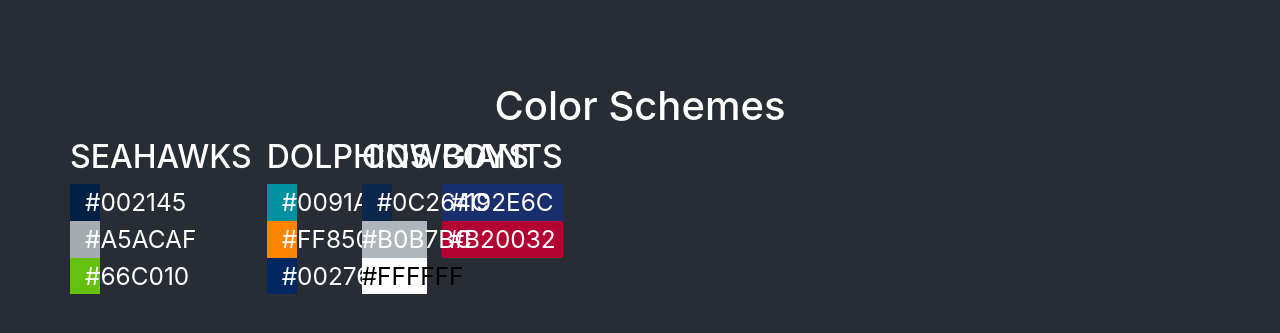
Repository: MikeTroianello/troianello.co
Page: /projects
These files come from the project's save history. The page is drawn as it stood at one moment and after the next save; the edit follows.
The browser window is 1280 px wide. The pictures show the whole page.
The project was rebuilt for these pictures with package versions that can differ from the ones it lists, and the page was loaded fresh each time.

Above is the page before, as saved 2019-06-24 17:53:43.

### src/App.js
import React from 'react';

import './App.css';

function App() {
  return (
    <div className='App'>
      <header className='App-header'>
        <h1>Color Schemes</h1>
        <div className='container'>
          <div className='row'>
            <div className='teams seahawks'>
              <h2>SEAHAWKS</h2>
              <div className='col-1 s-blue'>#002145</div>
              <div className='col-1 s-gray'>#A5ACAF</div>
              <div className='col-1 s-green'>#66C010</div>
            </div>
            <div className='col-1 teams dolphins'>
              <h2>DOLPHINS</h2>
              <div className='col-1 d-aqua'>#0091A0</div>
              <div className='col-1 d-orange'>#FF8500</div>
              <div className='col-1 d-dark-blue'>#002760</div>
            </div>
            <div className='col-1 teams cowboys'>
              <h2>COWBOYS</h2>
              <div className='col-1 c-blue'>#0C264C</div>
              <div className='c-gray'>#B0B7BC</div>
              <div className='c-white'>#FFFFFF</div>
            </div>
            <div className='teams giants'>
              <h2>GIANTS</h2>
              <div className='g-blue'>#192E6C</div>
              <div className='g-red'>#B20032</div>
            </div>
          </div>
        </div>
      </header>
    </div>
  );
}

export default App;

### src/App.css
.App {
  text-align: center;
}

.App-logo {
  animation: App-logo-spin infinite 20s linear;
  height: 40vmin;
  pointer-events: none;
}

.App-header {
  background-color: #282c34;
  min-height: 100vh;
  display: flex;
  flex-direction: column;
  align-items: center;
  justify-content: center;
  font-size: calc(10px + 2vmin);
  color: white;
}

.App-link {
  color: #61dafb;
}

@keyframes App-logo-spin {
  from {
    transform: rotate(0deg);
  }
  to {
    transform: rotate(360deg);
  }
}
/*
.teams {
  height: 100%;
  width: 80%;
  padding: 5% 10%;
} */

/* .teams > div {
  height: 100%;
  width: 80%;
  padding: 5% 10%;
} */

.container {
  height: 500px;
}
.rox {
  height: 500px;
}

.s-blue {
  background-color: #002145;
}

.s-gray {
  background-color: #a5acaf;
}

.s-green {
  background-color: #66c010;
}

.d-aqua {
  background-color: #0091a0;
}
.d-orange {
  background-color: #ff8500;
}
.d-dark-blue {
  background-color: #002760;
}

.c-blue {
  background-color: #0c264c;
}

.c-gray {
  background-color: #b0b7bc;
}

.c-white {
  background-color: #ffffff;
  color: #000000;
}

.g-blue {
  background-color: #192e6c;
}

.g-red {
  background-color: #b20032;
}

Loaded but not shown: public/index.html (common file); src/index.js (common file); src/index.css (common file); src/serviceWorker.js (common file)

After the next save:
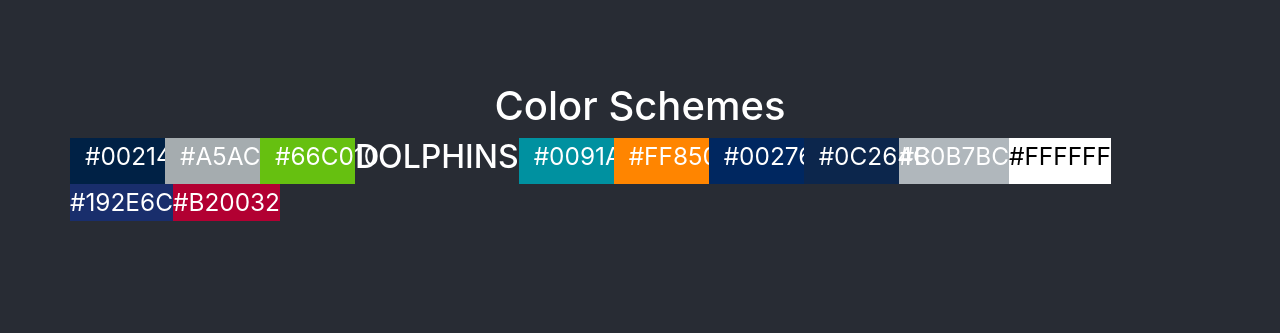
Saved 2 min 10 s later.
--- a/src/App.js
+++ b/src/App.js
@@ -9,29 +9,29 @@
         <h1>Color Schemes</h1>
         <div className='container'>
           <div className='row'>
-            <div className='teams seahawks'>
-              <h2>SEAHAWKS</h2>
-              <div className='col-1 s-blue'>#002145</div>
-              <div className='col-1 s-gray'>#A5ACAF</div>
-              <div className='col-1 s-green'>#66C010</div>
-            </div>
-            <div className='col-1 teams dolphins'>
-              <h2>DOLPHINS</h2>
-              <div className='col-1 d-aqua'>#0091A0</div>
-              <div className='col-1 d-orange'>#FF8500</div>
-              <div className='col-1 d-dark-blue'>#002760</div>
-            </div>
-            <div className='col-1 teams cowboys'>
-              <h2>COWBOYS</h2>
-              <div className='col-1 c-blue'>#0C264C</div>
-              <div className='c-gray'>#B0B7BC</div>
-              <div className='c-white'>#FFFFFF</div>
-            </div>
-            <div className='teams giants'>
-              <h2>GIANTS</h2>
-              <div className='g-blue'>#192E6C</div>
-              <div className='g-red'>#B20032</div>
-            </div>
+            {/* <div className='teams seahawks'> */}
+            {/* <h2>SEAHAWKS</h2> */}
+            <div className='col-1 s-blue'>#002145</div>
+            <div className='col-1 s-gray'>#A5ACAF</div>
+            <div className='col-1 s-green'>#66C010</div>
+            {/* </div> */}
+            {/* <div className='col-1 teams dolphins'> */}
+            <h2>DOLPHINS</h2>
+            <div className='col-1 d-aqua'>#0091A0</div>
+            <div className='col-1 d-orange'>#FF8500</div>
+            <div className='col-1 d-dark-blue'>#002760</div>
+            {/* </div> */}
+            {/* <div className='col-1 teams cowboys'> */}
+            {/* <h2>COWBOYS</h2> */}
+            <div className='col-1 c-blue'>#0C264C</div>
+            <div className='c-gray'>#B0B7BC</div>
+            <div className='c-white'>#FFFFFF</div>
+            {/* </div> */}
+            {/* <div className='teams giants'> */}
+            {/* <h2>GIANTS</h2> */}
+            <div className='g-blue'>#192E6C</div>
+            <div className='g-red'>#B20032</div>
+            {/* </div> */}
           </div>
         </div>
       </header>
